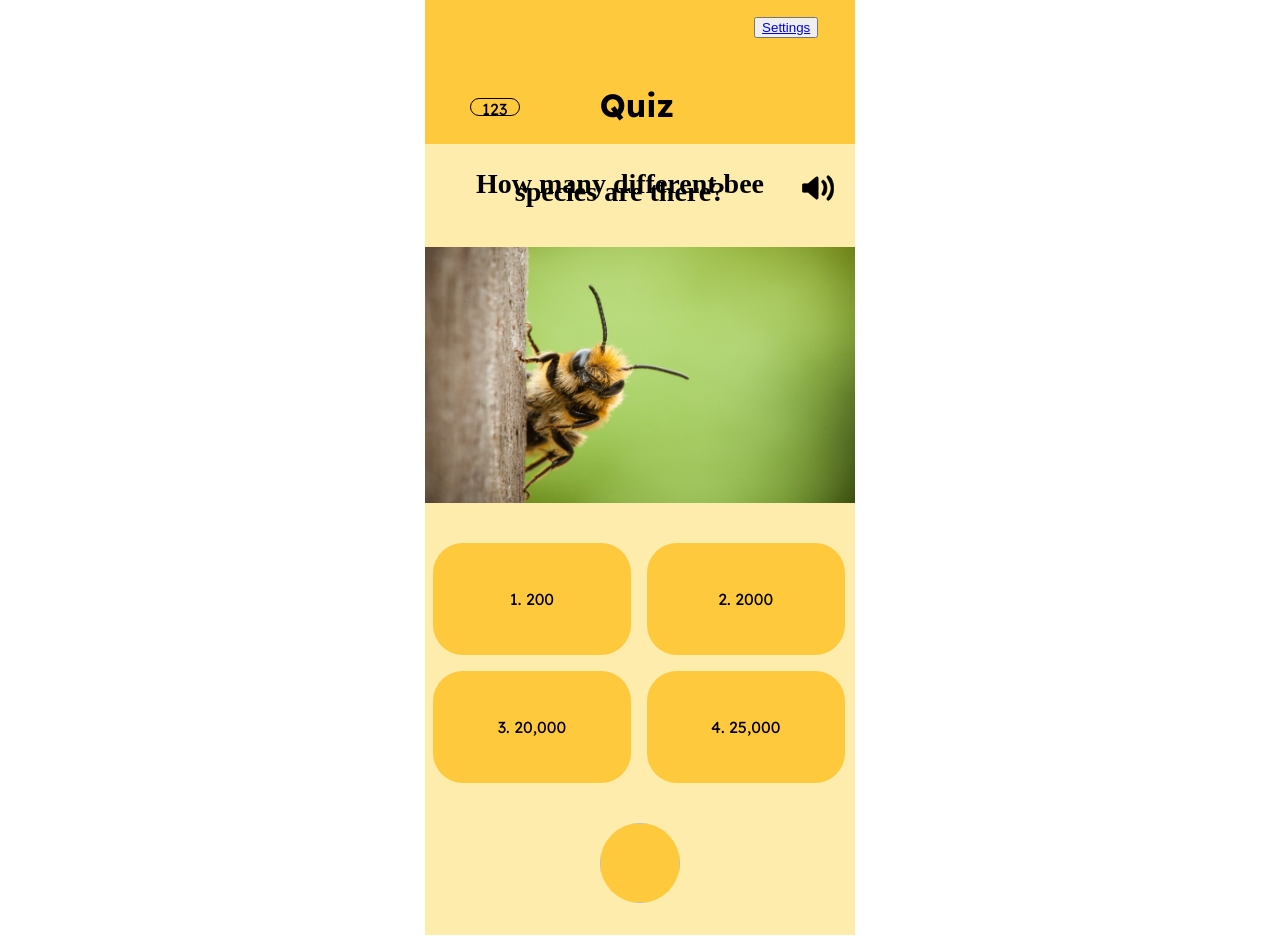
Repository: kellyzyhuang/HiveFive
Page: /Quiz
These files come from the project's save history. The page is drawn as it stood at one moment and after the next save; the edit follows.
The browser window is 1280 px wide. The pictures show the whole page.
Some web fonts or font styles are not loaded; a fallback is used. The project was rebuilt for these pictures with package versions that can differ from the ones it lists, and the page was loaded fresh each time. The framework's server and built-in components were replaced by stand-ins that run in the browser. Also part of the build but not shown: next.config.js, components/QuizResults/QuizResults.module.css, components/QuizResults/index.js, components/QuizPopup/QuizPopup.module.css, components/QuizPopup/index.js.

Above is the page before, as saved 2024-04-07 16:09:31.

### pages/Quiz.js
import { useState } from "react";
import { quiz } from '../data/inventory.js';
import Header from "@/components/Header/index.js";
import styles from "@/styles/Quiz.module.css";
import QuizResults from "@/components/QuizResults";
import QuizPopup from "@/components/QuizPopup";

export default function Quiz() {
  const [currentQuestionNumber, setCurrentQuestionNumber] = useState(0);
  const [points, setPoints] = useState(0);
  const [popup, setPopup] = useState(false);
  const [isCorrectAnswer, setIsCorrectAnswer] = useState(false);
  const [correctAnswersTotal, setCorrectAnswersTotal] = useState(0);
  const [quizComplete, setQuizComplete] = useState(false);
  const currentQuestion = quiz.questions[currentQuestionNumber];

  const displayAnswer = (option) => {
    const isCorrect = option == currentQuestion.answer;
    setIsCorrectAnswer(isCorrect);
    setPopup(true);

    if (isCorrect) {
      setPoints(points + 5);
      setCorrectAnswersTotal(correctAnswersTotal + 1);
    }
  };

  const nextQuestion = () => {
    setPopup(false);
    const nextQuestionIndex = currentQuestionNumber + 1;

    if (nextQuestionIndex < quiz.questions.length) {
      setCurrentQuestionNumber(nextQuestionIndex);
    } else {
      setQuizComplete(true);
    }
  };

  const restartQuiz = () => {
    setCurrentQuestionNumber(0);
    setCorrectAnswersTotal(0);
    setQuizComplete(false);
  };

  if (quizComplete) {
    return <QuizResults
             correctAnswersTotal={correctAnswersTotal}
             questionCount={quiz.questions.length}
             onRestart={restartQuiz}
            />;
  };

  return (
    <>
      <div className={styles.screen}>
        <Header title="Quiz"/>
        <div className={styles.buffer}></div>
        <div className={styles.questionHead}>
          <h1 className={styles.question}>{currentQuestion.question}</h1>
          <img className={styles.speaker} src={"/images/Voice_Icon.svg"} width={1} height={1}/>
        </div>
        <img className={styles.gameBanner} src={"/images/peekaboo_bee.jpeg"} width={1} height={1}/>
        <div className={styles.optionContainer}>
          {currentQuestion.options.map((option, index) => (
            <div key={index} className={styles.option} onClick={() => displayAnswer(option)}>
              <p>{index + 1}. {option}</p>
            </div>
          ))}
        </div>
        {popup && (
          <QuizPopup
            isCorrect={isCorrectAnswer}
            answer={currentQuestion.answer}
            onNextQuestion={nextQuestion}
          />
        )}
        <img className={styles.microphone}></img>
      </div>
    </>
  );
}

### styles/globals.css
:root {
  --secondary-color: #FEECAC;
  --accent-color: #FFC93D;
  --tertiary-color: #4D6A58;
  --black-text: #0000;
}

### data/inventory.js
export const quiz = {
  questions: [
    {
      id: 1,
      question: "How many different bee species are there?",
      options: ["200", "2000", "20,000", "25,000"],
      answer: "25,000",
    },
    {
      id: 2,
      question: "How fast can a honeybee fly?",
      options: ["5km/h", "10km/h", "24km/h", "20km/h"],
      answer: "24km/h",
    },
    {
      id: 3,
      question: "On average, how much honey does a honey bee worker produce in her lifetime?",
      options: ["1 cup", "1/12 tablespoon", "1 teaspoon", "1/12 teaspoon"],
      answer: "1/12 teaspoon",
    },
    {
      id: 4,
      question: "How many flower visits does it take to make one pound of honey?",
      options: ["200", "4000", "2,000,000", "200,000"],
      answer: "2,000,000",
    },
    {
      id: 5,
      question: "How many hours do honeybees sleep a night?",
      options: ["0", "3", "8", "12"],
      answer: "0",
    }
  ]
}

### components/Header/index.js
import styles from './Header.module.css';
import Image from 'next/image';
import Link from 'next/link';

export default function Header({ title }) {
  return(
    <header className={styles.header}>
      {/* <Image src="/images/bee.png" alt="bee icon" width={1} height={1}/>  */}
      <ul className={styles.list}>
        <li className={styles.listItem}>
          <div className={styles.counter}>123</div>
        </li>
        <li className={styles.listItem}>
          <h1 className={styles.pageTitle}>{title}</h1>
        </li>
        <li className={styles.listItem}>
          <button className={styles.settings}><Link href="/Settings">Settings</Link></button>
        </li>
      </ul>
    </header>
  )
}

### styles/Quiz.module.css
@import url('https://fonts.googleapis.com/css2?family=Besley:ital,wght@0,400..900;1,400..900&family=Lexend:wght@100..900&display=swap');

.screen {
    width: 430px;
    height: 100%;
    background-color: var(--secondary-color);
    margin: -7px auto;
    display: flex;
    flex-wrap: wrap;
    justify-content: center;
    font-family: 'Lexend', sans-serif;
  }

  .question{
    font-size: 1.75rem;
    text-align: center;
    margin-right: 0.5rem;
    font-family: 'Besley', serif;
    line-height: 0.5rem;
  }

  .buffer{
    height: 10rem;
    width: 100%;
  }

  .speaker {
    width: 2rem;
    height: 2rem;
  }

  .gameBanner {
    width: 100%;
    background-color: var(--accent-color);
    height: 16rem;
    margin: 2rem 0;
  }

  .questionHead {
    display: flex;
    width: 90%;
    align-items: center;
    justify-content: space-between;
  }

  .option {
    width: 46%;
    height: 7rem;
    border-radius: 30px;
    margin: 0.5rem;
    background-color: var(--accent-color);
    display: flex;
    justify-content: center;
    align-items: center;
  }

  .optionContainer {
    display: flex;
    flex-wrap: wrap;
    width: 100%;
  }

  .microphone {
    background-color: var(--accent-color);
    height: 5rem;
    width: 5rem;
    margin: 2rem 0;
    border-radius: 50%;
  }

  .popup {
    position: fixed;
    top: 0;
    left: 0;
    width: 100%;
    height: 100%;
    background-color: rgba(0, 0, 0, 0.5);
    display: flex;
    justify-content: center;
    align-items: center;
    z-index: 10;
  }

  .popupContent {
    background: white;
    padding: 20px;
    border-radius: 10px;
    text-align: center;
  }

  .close {
    float: right;
    font-size: 28px;
  }

  .correct {
    color: green;
  }

  .incorrect {
    color: red;
  }

  .nextButton {
    padding: 10px;
    background-color: rgb(221, 166, 36);
    color: white;
    border: none;
    border-radius: 5px;
    cursor: pointer;
  }

### components/Header/Header.module.css
.header {
  background-color: var(--accent-color);
  height: 9rem;
  width: 430px;
  position: fixed;
  top: 0;
  z-index: 1000;
  display: flex;
  justify-content: center;
}

.list {
  list-style-type: none;
  display: flex;
}

.pageTitle {
  padding-top: 3rem;
  margin-right: 7rem;
}

.counter {
  border: 1px solid black;
  width: 3rem;
  height: 1rem;
  border-radius: 20px;
  background-color: none;
  display: flex;
  justify-content: center;
  margin-top: 5.1rem;
  margin-right: 5rem;
}

.settings {
  transform: translate(-2rem);
}

Loaded but not shown: pages/_app.js (common file); pages/_document.js (common file)

After the next save:
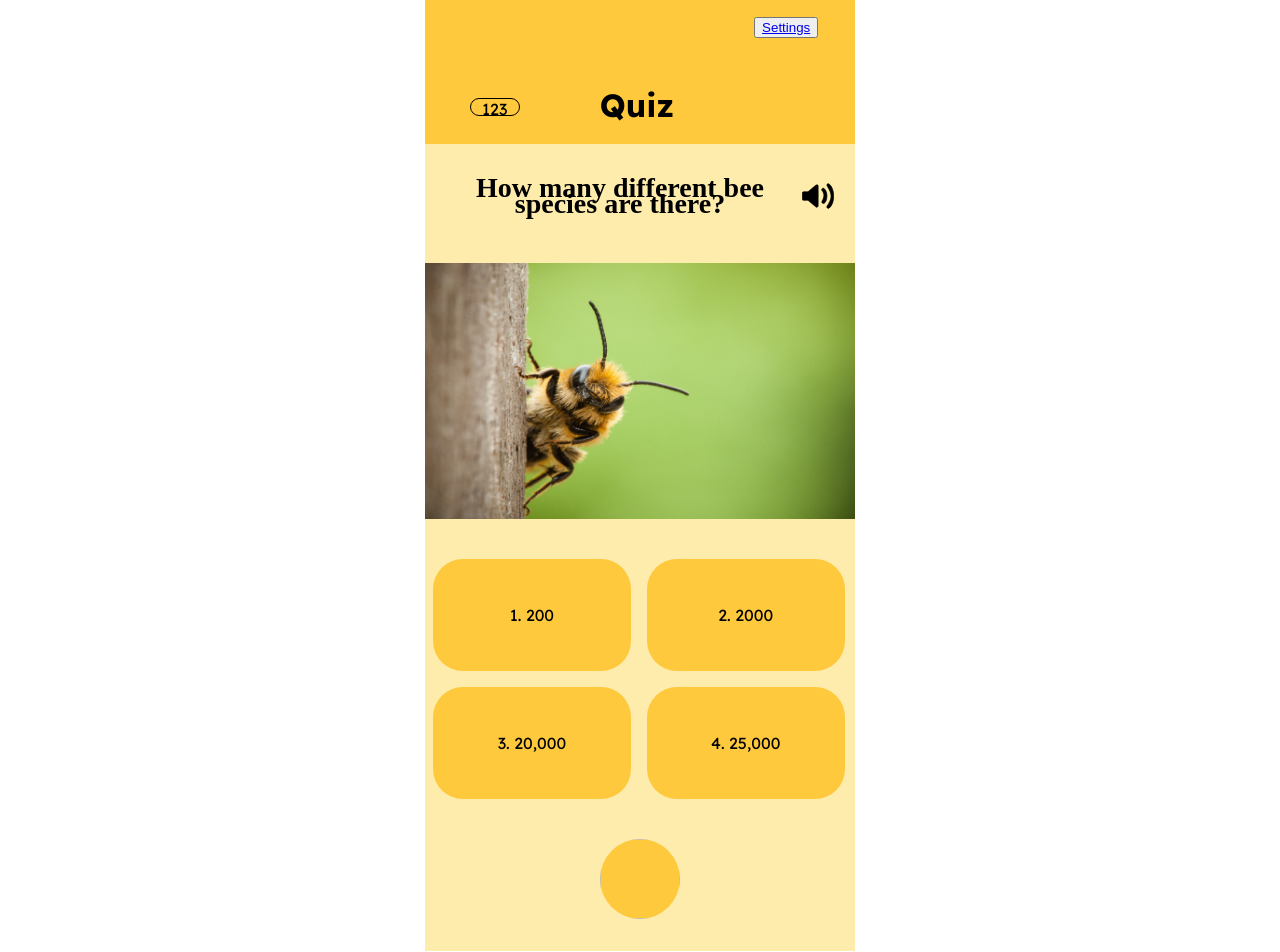
Saved 5 s later.
--- a/styles/Quiz.module.css
+++ b/styles/Quiz.module.css
@@ -16,7 +16,7 @@
     text-align: center;
     margin-right: 0.5rem;
     font-family: 'Besley', serif;
-    line-height: 0.5rem;
+    line-height: 1rem;
   }
 
   .buffer{
